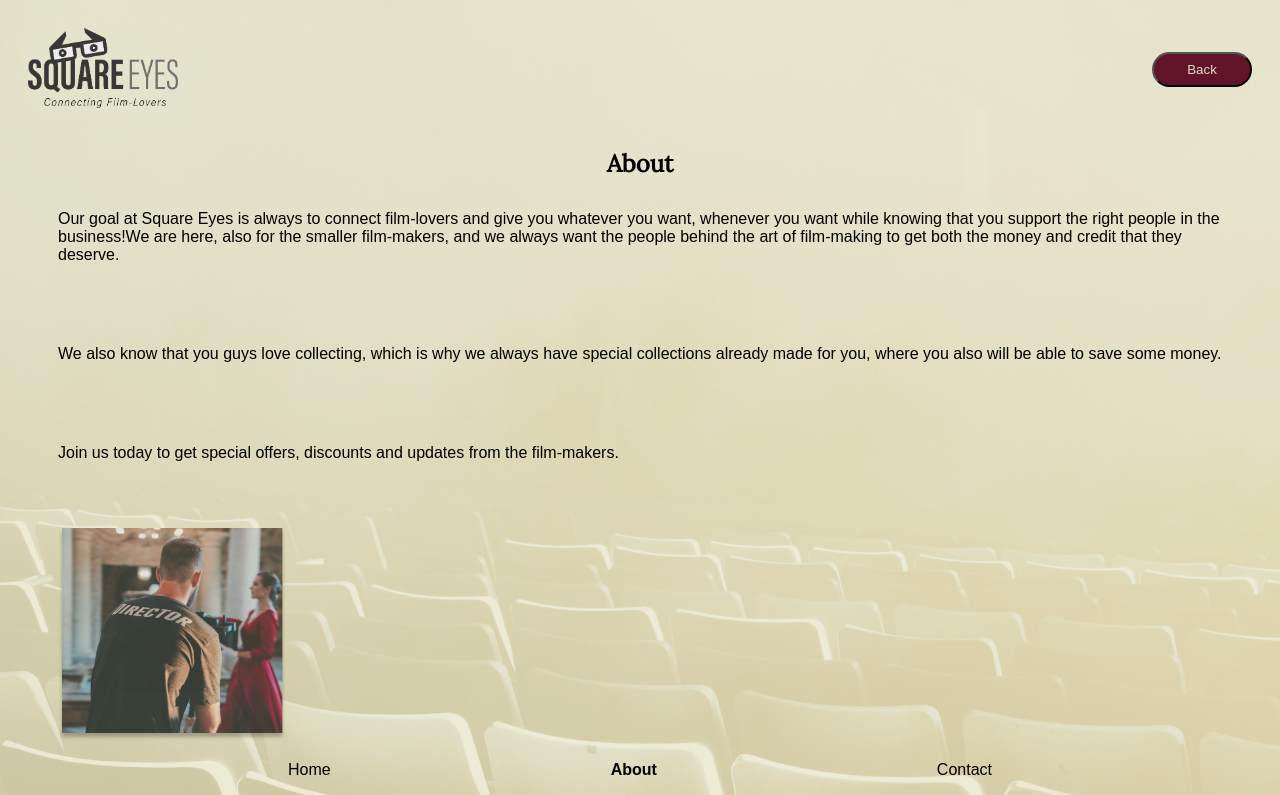
Repository: Noroff-FEU-Assignments/cross-course-project-Bekkholt
Page: about.html
An editor plug-in stored every save of this project. The page is shown before and after the next save, followed by the edit.
The browser window is 1280 px wide. The pictures show the whole page.

Above is the page before, as saved 2022-11-03 13:15:30.

### about.html
<!DOCTYPE html>
<html>
  <head>
    <title>Square Eyes | About</title>
    <meta name="description" content="Square Eyes - Connecting film lovers." />
    <meta name="viewport" content="width=device-width, initial-scale=1" />
    <link href="css/index.css" rel="stylesheet">
    <link rel="preconnect" href="https://fonts.googleapis.com">
    <link rel="preconnect" href="https://fonts.gstatic.com" crossorigin>
    <link href="https://fonts.googleapis.com/css2?family=Lora&display=swap" rel="stylesheet">
  </head>
  <body>
    <header>
      <a href="index.html"><img class="logo" src="images/SquareEyes_Logo.png" alt="Square Eyes logo"></a>
      <a href="index.html"><button class="cta">Back </button></a>
    </header>
    <main>
    <h1>About</h1>
    <p>
        Our goal at Square Eyes is always to connect film-lovers and give you whatever you want, whenever you want while knowing that you support the right people in the business!We are here, also for the smaller film-makers, and we always want the people behind the art of film-making to get both the money and credit that they deserve.
    </p>
    <p>
        We also know that you guys love collecting, which is why we always have special collections already made for you, where you also will be able to save some money.
    </p>
    <p>
        Join us today to get special offers, discounts and updates from the film-makers.
    </p>
    <img class="director_photo" src="images/Rectangle 48.png" alt="Director filming a scene">
  </main>
  <footer>
    <nav>
      <ul>
        <li><a href="index.html">Home</a></li>
        <li><a href="about.html" class="active">About</a></li>
        <li><a href="contact.html">Contact</a></li>
      </ul>
    </nav>
  </footer>
  </body>
</html>

### css/index.css
html {
    background: url(../images/alex-avalos-dnUNjIUCg5c-unsplash.jpg);
    background-size: cover;
    background-repeat: no-repeat;
    background-blend-mode:soft-light;
    background-color: #ddddc5;
    min-height: 100%;
}

h1, h2 {
    font-family: 'Lora', serif;
    font: bold;
    font-size: x-large;
    text-align: center;
    font-weight: bold;
}

p {
    font-family: 'DM Sans', sans-serif;
    color: #000000;
    text-align: left;
    padding: 50px;
    padding-top: 15px;
}

form {
    color: #000000;
    display: flex;
    flex-direction: column;
    padding: 10px 85px 10px 85px;
}

header {
display: flex;
flex-direction: row;
justify-content: space-between;
align-items: center;
padding: 20px;
}

input[type=text] [type=email] {
    padding: 10px;
    width: 100%;
}

.genre, .price {
    display: flex;
    flex-direction: row;
    justify-content: space-around;
}

.price {
    padding-top: 0px;
    padding-bottom: 10px;
}

.hobbs, .godzilla, .batman,
.toy-story, .addams, .sweetheart, .hollywood, .scream {
    max-width: 100px;
    margin: 0px;
}

.collections {
    display: flex;
    flex-direction: row;
    justify-content: space-around;
}

.cta {
    background-color: #611428;
    color: #ddddc5;
    border-radius: 50px;
    width: 100px;
    height: 35px;
    text-decoration: none;
    text-align: center;
}

.long {
    align-self: center;
    width: 200px;
}

.logo {
    max-width: 150px;
    padding: 0px;
}

ul a {
    font-family: 'DM Sans', sans-serif;
    color: #000000;
    text-decoration: none;
}

ul {
    list-style: none;
    display: flex;
    flex-direction: row;
    justify-content: space-evenly;
    padding: 0%;
}

.active {
    font-weight: bold;
}

.allproducts {
    display: flex;
    flex-direction: row;
}

.addams__specific {
    max-width: 50%;
    max-height: 50%;
    padding: 95px;
    padding-top: 20px;
    padding-bottom: 20px;
}

.checkmark {
    padding-left: 155px;
}

.checkout_buttons {
    display: flex;
    flex-direction: column;
    align-items: center;
    padding-top: 5px;
}

.index {
    text-align: left;
    padding-left: 15px;
}

.continue {
    text-align: center;
    padding: 0px;
}

.congratulations {
    color: #611428;
    font-size: xx-large;
}

.director_photo {
    padding-left: 50px;
}

input, textarea  {
    margin-bottom: 5px;
    border-radius: 10px;
    background-color: #ddddc5;
}

.small_form {
    display: flex;
    flex-direction: row;
    justify-content: center space-around;
    width: 95px;
}

.paypal {
    width: 80px;
    height: 60px;
    border-radius: 90px;
    display: flex;
    align-self: center;
    background-image: url(../images/logos_paypal.png);
    background-repeat: no-repeat;
    background-position: 50%;
}

After the next save:
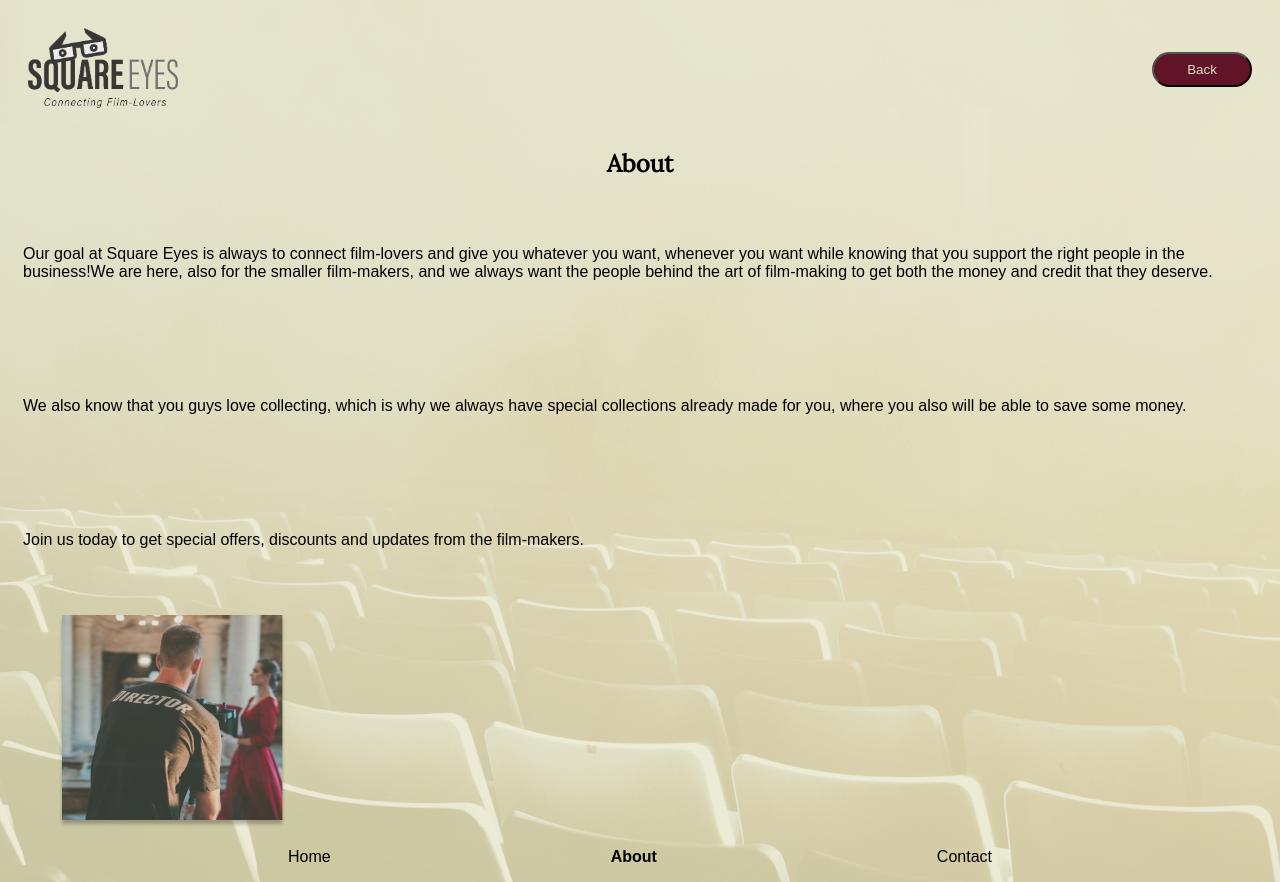
Saved 12 s later.
--- a/css/index.css
+++ b/css/index.css
@@ -19,8 +19,7 @@
     font-family: 'DM Sans', sans-serif;
     color: #000000;
     text-align: left;
-    padding: 50px;
-    padding-top: 15px;
+    padding: 50px 15px;
 }
 
 form {
